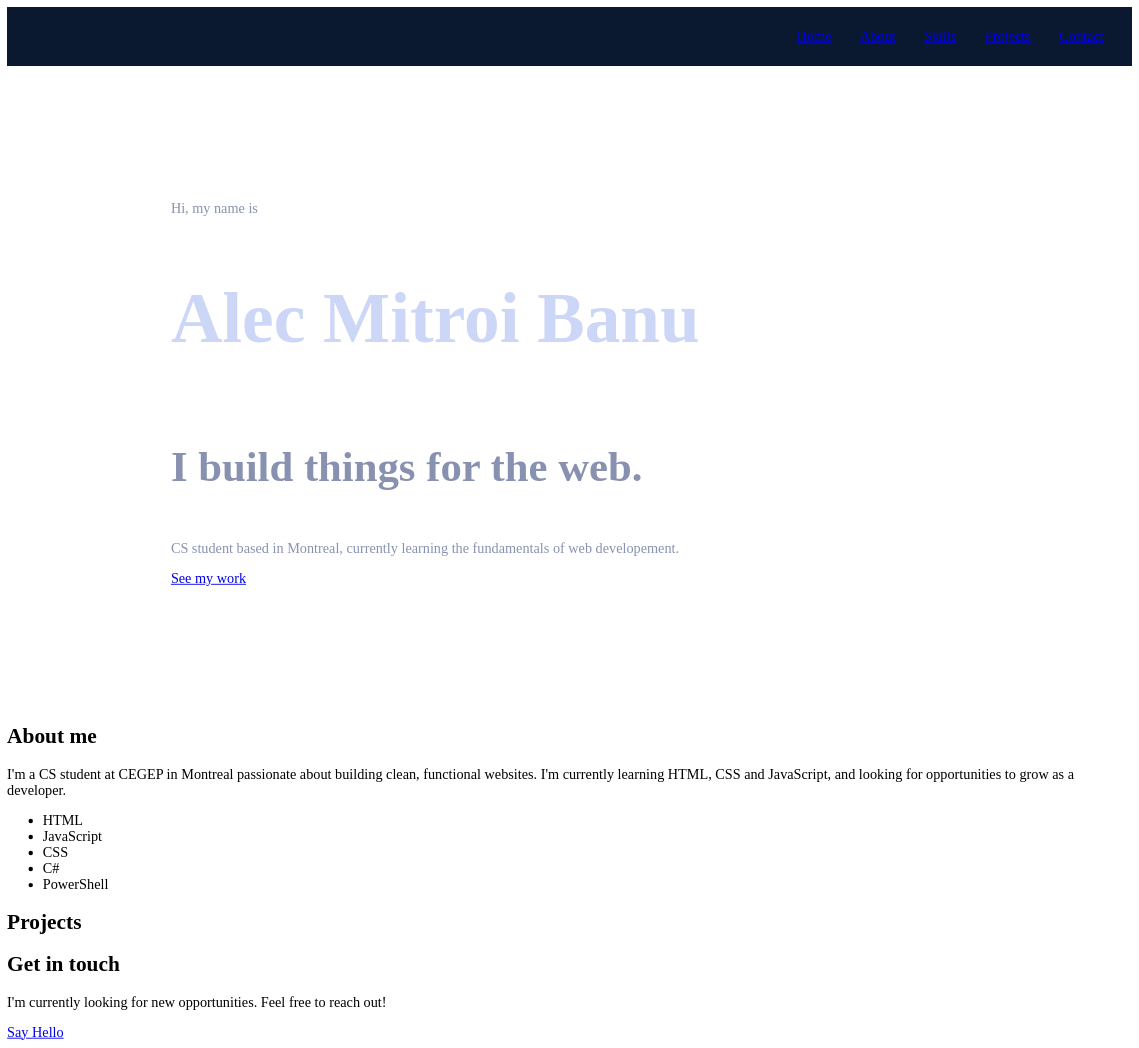
Repository: Alec-Banu/Alec-Banu
Page: index.html
These files come from the project's save history. The page is drawn as it stood at one moment and after the next save; the edit follows.
The browser window is 1280 px wide. The pictures show the whole page, at 89% of full size.

Above is the page before, as saved 2026-04-22 13:44:34.

After the next save:
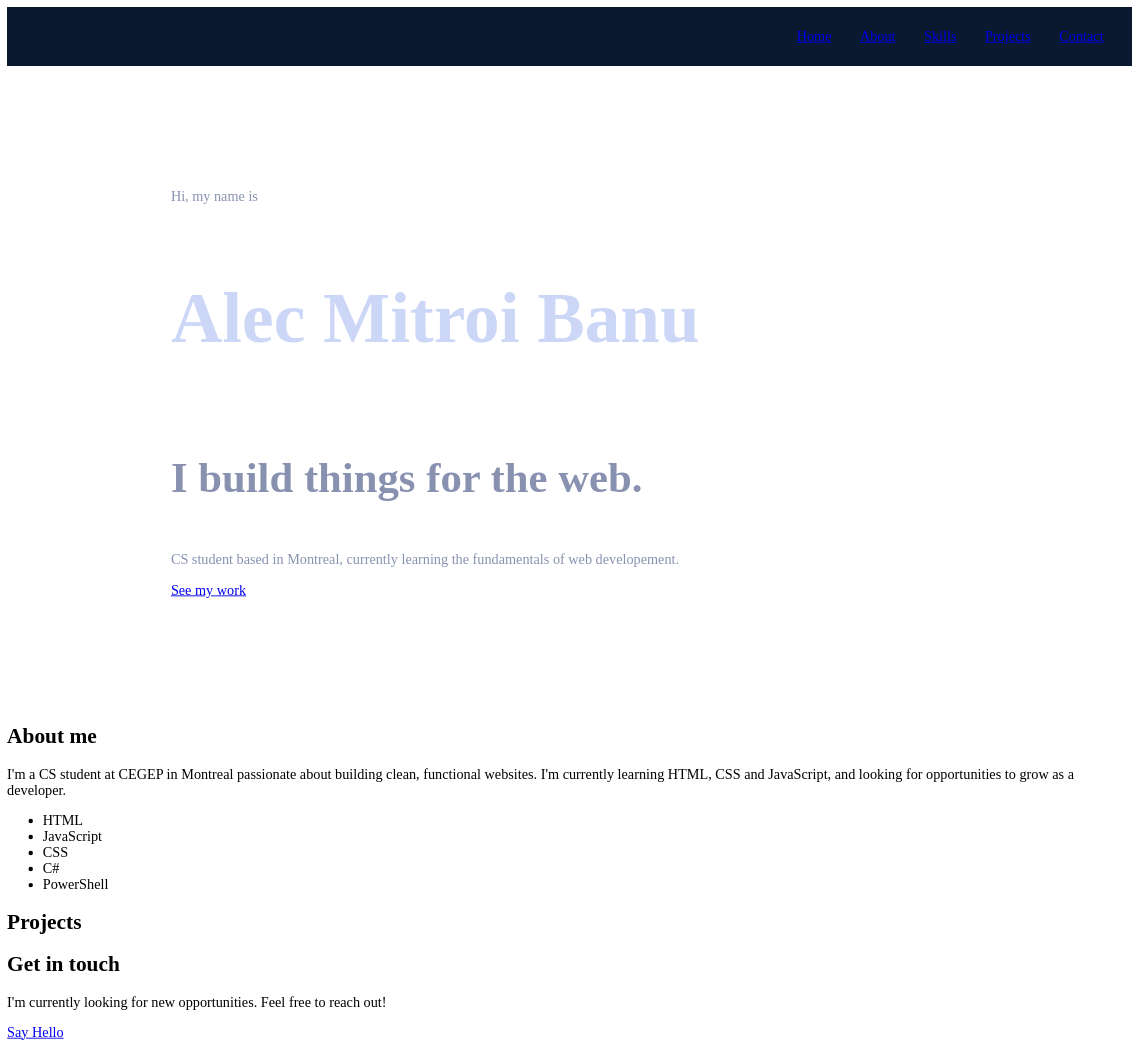
Saved 102 s later.
--- a/index.html
+++ b/index.html
@@ -18,7 +18,7 @@
     </nav>
 
     <!-- Hero  -->
-    <hero id="hero">
+    <section id="hero">
       <p>Hi, my name is</p>
       <h1>Alec Mitroi Banu</h1>
       <h2>I build things for the web.</h2>
@@ -27,20 +27,20 @@
         developement.
       </p>
       <a href="#projects">See my work</a>
-    </hero>
+    </section>
 
     <!-- About  -->
-    <about id="about">
+    <section id="about">
       <h2>About me</h2>
       <p>
         I'm a CS student at CEGEP in Montreal passionate about building clean,
         functional websites. I'm currently learning HTML, CSS and JavaScript,
         and looking for opportunities to grow as a developer.
       </p>
-    </about>
+    </section>
 
     <!-- Skills  -->
-    <skills id="skills">
+    <section id="skills">
       <ul>
         <li>HTML</li>
         <li>JavaScript</li>
@@ -48,20 +48,20 @@
         <li>C#</li>
         <li>PowerShell</li>
       </ul>
-    </skills>
+    </section>
 
     <!-- Projects -->
-    <projects id="projects">
+    <section id="projects">
       <h2>Projects</h2>
-    </projects>
+    </section>
 
     <!-- Contact -->
-    <contact id="contact">
+    <section id="contact">
       <h2>Get in touch</h2>
       <p>
         I'm currently looking for new opportunities. Feel free to reach out!
       </p>
       <a href="mailto:alecbanu@yahoo.com">Say Hello</a>
-    </contact>
+    </section>
   </body>
 </html>
